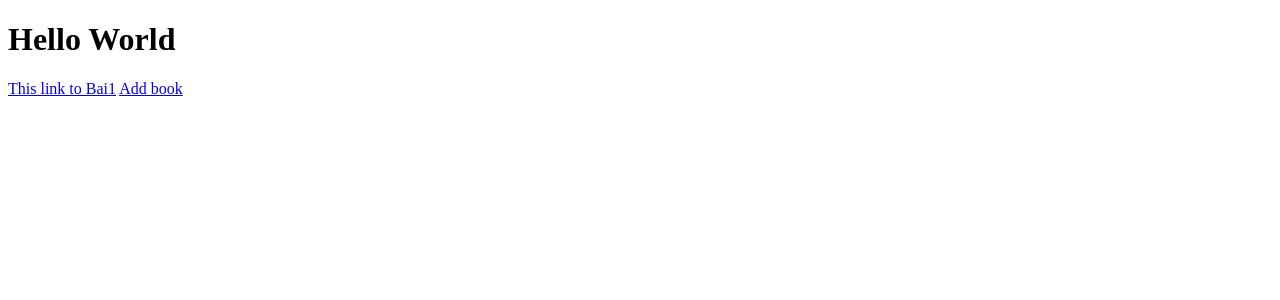
Repository: kietnaptit/javalorant
Page: htmlol/build/classes/webapp/index.html
These files come from the project's save history. The page is drawn as it stood at one moment and after the next save; the edit follows.
The browser window is 1280 px wide. The pictures show the whole page.

Above is the page before, as saved 2023-03-02 09:50:09.

### htmlol/build/classes/webapp/index.html
<!DOCTYPE html>
<html>
<head>
<meta charset="UTF-8">
<title>Hello World</title>
</head>
<body>
<h1>Hello World</h1>
<a href="/bai1" >This link to Bai1</a>
<a href="/AddBook.jsp">Add book</a>
</body>
</html>

After the next save:
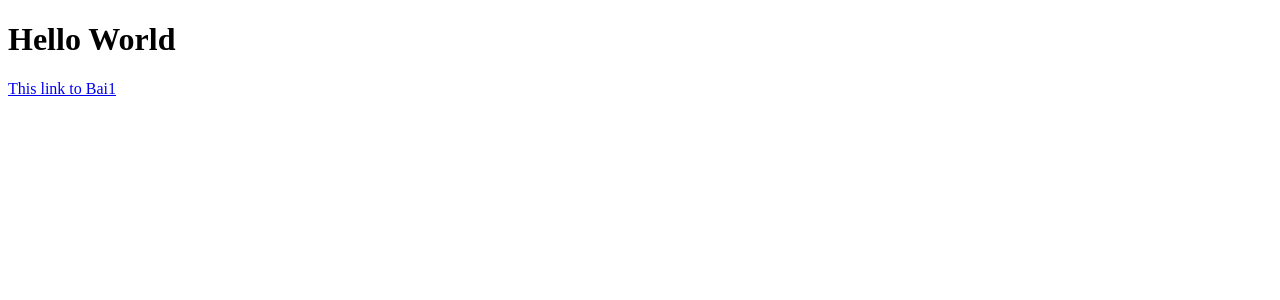
Saved 19 s later.
--- a/htmlol/build/classes/webapp/index.html
+++ b/htmlol/build/classes/webapp/index.html
@@ -7,6 +7,5 @@
 <body>
 <h1>Hello World</h1>
 <a href="/bai1" >This link to Bai1</a>
-<a href="/AddBook.jsp">Add book</a>
 </body>
 </html>
